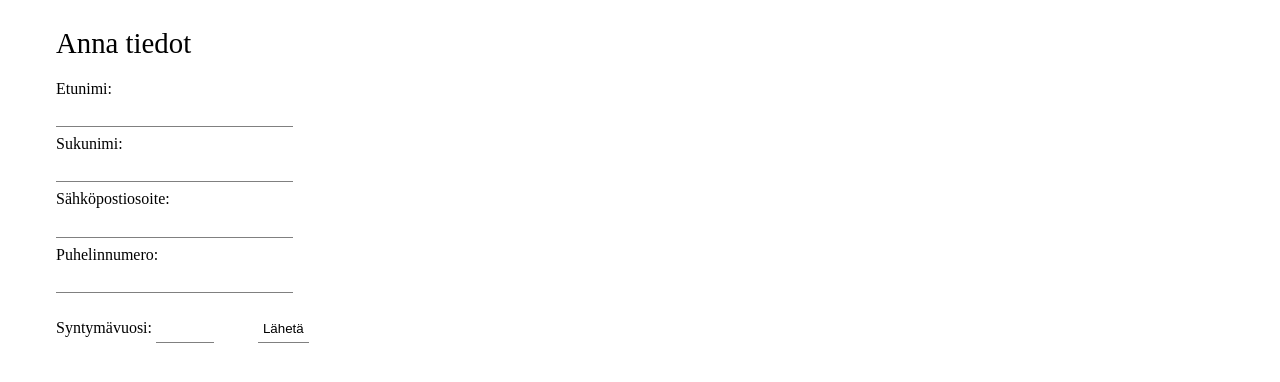
Repository: sirkian/ohj2-t4
Page: http://localhost/Tehtava3/kysy.jsp
The author's editor kept a copy of each file at every save. The page is drawn from the files as they stood at one save, then again after the next save.
The browser window is 1280 px wide. The pictures show the whole page.
The page is served by Tomcat 9.

Above is the page before, as saved 2022-03-23 15:43:40.

After the next save:
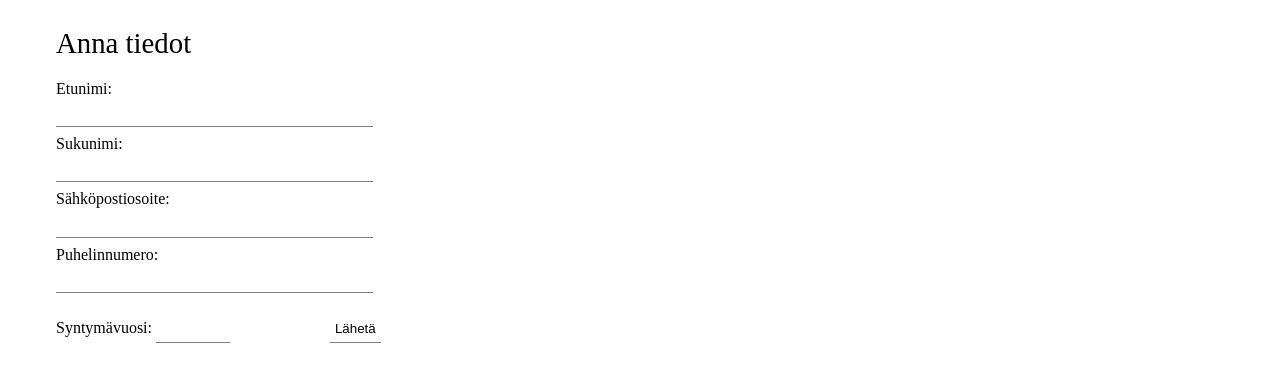
Saved 26 s later.
--- a/Tehtava3/src/main/webapp/kysy.jsp
+++ b/Tehtava3/src/main/webapp/kysy.jsp
@@ -10,7 +10,7 @@
 		box-sizing: border-box;
 		margin: 0;
 		padding: 0 3em;
-		width: 20em;
+		width: 25em;
 		position: absolute;
 	}
 	input[type=text],
